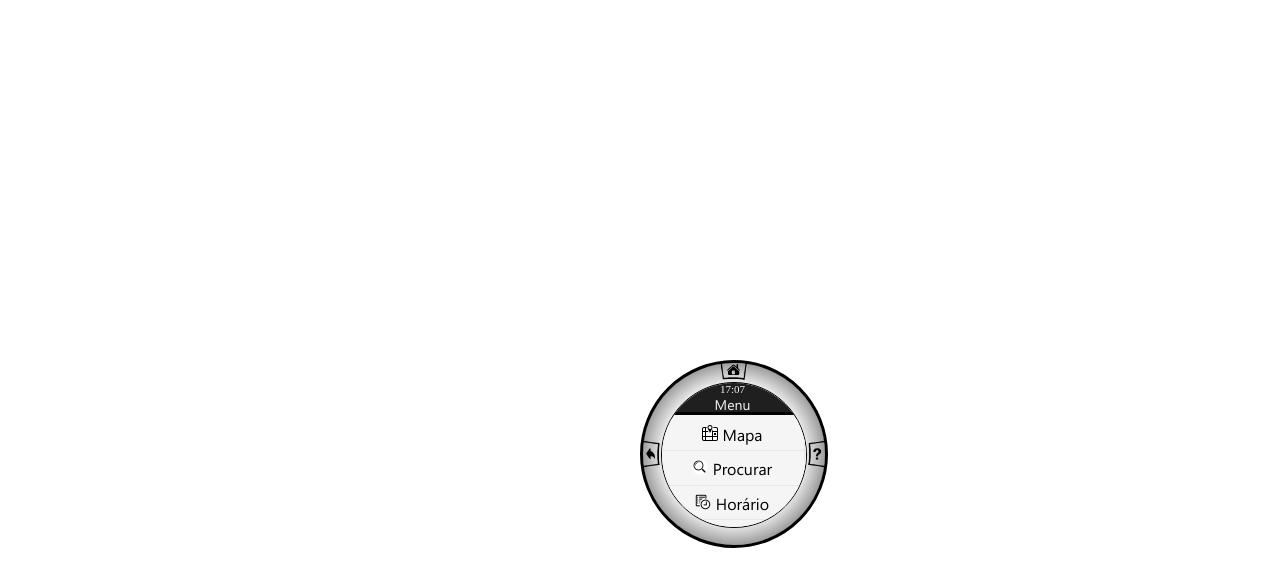
Repository: ric20007/ric20007.github.io
Page: iRave.html
The author's editor kept a record of every edit. The page is drawn from the files as they stood at one moment, then again after the next edit.
The browser window is 1280 px wide. The pictures show the whole page.

Above is the page before.

### iRave.html
<!DOCTYPE html>
<html>
    <head>
        <title>IPM14/15 - iRAVE grupo 56</title>
        <meta charset="UTF-8">
        <link rel="stylesheet" href="iRave.css" type="text/css" />
        <!--<script src="jquery-1.11.2.js" ></script> -->
        <!--<script src="//code.jquery.com/jquery-1.11.2.min.js"></script> -->
        <script src="jquery.min.js"></script>
        <script src="jquery-migrate-1.2.1.min.js"></script>
        <script src="jquery-ui.js"></script>



        <script src='swipe.js'></script>

        <script src='iRave.js'></script>

    </head>
    <body>
         <!--
        <div style='text-align:center;padding-top:20px;'>

            <button onclick='prev()'>prev</button>
            <button onclick='next()'>next</button>

        </div>


       <a href="#" id="activities">Activities</a>
       <a href="#"  onclick="mySwipe.next();return false;" >Esconder Fotos</a> -->



        <div id='botoes'>

            <div id='moldura'>


                <div id='barra_horas'>
                    <div id='horas'>
                        <div id='display_horas'></div>
                    </div>


                    <div id='titulo_menu' style='font-size: 14px'>
                        Menu
                    </div>


                </div>

                <div id='body'>

                    <div id='slider' style='max-width:500px;margin:0 auto' class='swipe'>
                    <div class='swipe-wrap'>


                        <div id='menu' class="draggable ui-widget-content">

                            <div class='menu_entrada' style='padding-top: 12px'>
                                <img src="img/map-2.png" class="imgEntrada">
                                Mapa
                            </div>
                            <div class='menu_entrada'>
                                <img src="img/active-search.png" class="imgEntrada" >
                                Procurar
                            </div>

                            <div class='menu_entrada'>
                                <img src="img/Agenda.png" class="imgEntrada">
                                Horário
                            </div>

                            <a href="#"  onclick="next();return false;" >
                            <div class='menu_entrada'>

                                <img src="img/user1.png" class="imgEntrada">
                                 Perfil
                            </div> </a>

                            <div class='menu_entrada'>
                                <img src="img/hands-free.png" class="imgEntrada">
                                Mãos Livres
                            </div>
                        </div>


                        <div id='menu' class="draggable ui-widget-content">

                            <a href="#"  onclick=goToSix();return false;" >
                                <div class='perfil_entrada' style='padding-top: 12px'>
                                    <img src="img/multy-user.png" class="imgEntrada" align="center" >
                                    Lista de Amigos
                                </div>
                             </a>

                            <a href="#"  onclick="next();return false;" >
                                <div class='perfil_entrada'>
                                    <img src="img/add-user.png" class="imgEntrada" align="center" >
                                    Adicionar Amigo
                                </div>
                            </a>

                            <div class='perfil_entrada'>
                                <img src="img/Agenda.png" class="imgEntrada" align="center">
                                Histórico de Transações
                            </div>


                            <div class='perfil_entrada'>

                                <img src="img/euro_1.png" class="imgEntrada" align="center">
                                 Adicionar Saldo
                            </div>

                        </div>


                        <div class='text_add_amigos'>
                                Toque no iRave na mão do seu amigo.
                          </div>

                        <div class='joao_add_amigos'>
                                João detectado.
                                <p>Quer adicioná-lo ?</p>

                                <a href="#"  onclick="adicionarJoao();next();return false;" >

                                    <img src="img/check.png" class="imgEntrada">
                                     Sim
                                </a>


                                <a href="#"  onclick="prev();return false;" >

                                    <img src="img/cross.png" class="imgEntrada">
                                     Não
                                </a>
                          </div>


                          <div class='joao_add_amigos'>
                                O João foi adicionado com sucesso.
                               <p></p>
                                <a href="#"  onclick=" mySwipe.slide(1, 300);return false;" >

                                    <img src="img/user1.png" class="imgEntrada">
                                     OK
                                </a>


                          </div>






                        <div>

                            <div id='lista_joao'> </div>


                            <div class='joao_add_amigos' style="left:-5px;position: relative;  bottom: 0; ">
                                Adicionar amigos ?
                                <a href="#"  onclick=" goToSlide(2);return false;" >

                                    <img src="img/user1.png" class="imgEntrada">
                                     OK
                                </a>


                            </div>



                        </div>

                        <div><b>5</b></div>
                        <div><b>6</b></div>
                        <div><b>7</b></div>

                      </div>
                    </div>





                </div>

            </div>

        </div>
    </body>
</html>

### iRave.css
.swipe {
  overflow: hidden;
  visibility: hidden;
  position: relative;
}
.swipe-wrap {
  overflow: hidden;
  position: relative;
}
.swipe-wrap > div {
  float:left;
  width:100%;
  position: relative;
}

.imgEntrada
{
	height:16px;
	width:16px;
}

.imgTitulo
{
	height:16px;
	width:16px;
	text-align: center;
	margin-top: -5px;
}


* {
    cursor: url(cursor.png), auto;
}

a {
    color: #000000;
    text-decoration: none;
}

#botoes {
    z-index:998;
    height: 1.9in;
    width: 1.9in;
    border: 3px solid black;
    border-radius: 50%;
    position: absolute;
    top: 50%;
    left: 50%;

    background-image: url("background_test.png");

    background-size: 1.9in 1.9in;
     /*

      background-color: #f5f5f5;
      background-repeat: no-repeat;
    background-position: middle top;


    */
}


/* centrar

 position: fixed;
    //padding: 2em;
    left: 50%;
    top: 50%;
    transform: translate(-50%, -50%);

*/


#bot_back {

    height: 50px;
    width: 25px;
    background-color:#d70;

    position: fixed;
    //padding: 2em;
    //left: 50%;
    top: 50%;
    transform: translate(0%, -50%);

    z-index:1000;

}
#bot_ajuda {

    height: 25px;
    width: 40px;
    background-color:#d70;

    position: fixed;
    //padding: 2em;
    left:50%;
    top: 50%;
    transform: translate(-50%, -400%);

    z-index:1000;

}
#bot_menu {

    height: 50px;
    width: 25px;
    background-color:#d70;

    position: fixed;
    //padding: 2em;
    left:50%;
    top: 50%;
    transform: translate(300%, -50%);

    z-index:1000;

}







#moldura {
    z-index:999;
    height:1.5in;
    width:1.5in;
    border: 1px solid black;
    border-radius: 50%;
    position: relative;
    top: 10.15%;
    left: 10.12%;
    overflow: hidden;
    background-color: #f5f5f5;
}

#barra_horas {
    z-index:998;
    border: 3px solid black;
    //width:1.5in;
    height:0.307in;
    position: relative;
    top:-3px;
    left:-2px;
    background-color: #1f1f1f;
    color: black;
}

#horas {
    position: relative;
    text-align: center;
    font-size:11px;
    color:#f5f5f5;
}

#titulo_menu {
  padding-top:2px;
    text-align: center;
    font-size:13px;
    font-family: 'khmerui';
    color:#f5f5f5;
}


#menu {
    margin-top: -5px;
    width: 1.6in;
    height: 10in;
}

#body {
    background-color: #f5f5f5;
}

.menu_entrada {
    text-align: center;
    border: 1px solid #e8e8e8;
    border-top: none;
    border-left: none;
    border-right: none;
    position: relative;
    width: 1.35in;
    height: 0.18in;
    padding: 8px;
    left: -3px;
    font-family: 'khmerui';
}

.perfil_entrada {
    text-align: center;
    border: 1px solid #e8e8e8;
    border-top: none;
    border-left: none;
    border-right: none;
    position: relative;
    width: 1.35in;
    height: 0.18in;
    padding: 8px;
    left: -3px;
    font-family: 'khmerui';

    font-size: 11px;

}


.highlighted {

    font-size: 14px;
    font-weight: bold;
    border-left: none;
    border-right: none;
    background-color:#ccc;
}

.text_add_amigos{
     text-align: center;

     font-size:15px;

      border-top: 1px solid #e8e8e8;
    border-left: 1px solid #e8e8e8;
    font-family: 'khmerui';

     padding-top:1.3em;


}




.joao_add_amigos{
     text-align: center;

     font-size:15px;

      border-top: 1px solid #e8e8e8;
    border-left: 1px solid #e8e8e8;
    font-family: 'khmerui';

     padding-top:0.5em;


}





#menu ul {
    font-size: 15px;
}

#menu ul li {
    border: 1px solid black;
    border-left: 10px;
    font-size: 15px;
}

@font-face {
  font-family: 'khmerui';
  src: url('KhmerUI.ttf') format('truetype');
}

### iRave.js
var isDragging = false;

$(document).ready(function() {

   var elem = document.getElementById('slider');
    window.mySwipe = new Swipe(elem, {});

    //$("#activities").click(function(){
    //    $("#body").load("activities.html");
    //    $('div img').draggable();
    //});


   //ajuda a nao clicar quando se faz drag
   $('.draggable').draggable({
        stop: function(event, ui) {
            $( event.toElement ).one('click', function(e){ e.stopImmediatePropagation(); } );
        }
    });

    $('.menu_entrada').click(function() {
        $(this).addClass('highlighted');
        setTimeout(function() {
              $('.menu_entrada').removeClass('highlighted');
          }, 200);
    });

    $('.perfil_entrada').click(function() {
        $(this).addClass('highlighted');

        setTimeout(function() {
              $('.perfil_entrada').removeClass('highlighted');
          }, 200);
    });

    $('.joao_add_amigos').click(function() {
        $(this).addClass('highlighted');

        setTimeout(function() {
              $('.joao_add_amigos').removeClass('highlighted');
          }, 200);
    });





    var menu_offset = $('#menu').offset();


    var altura_entrada_menu = $(".menu_entrada").height();

    //alert(altura_entrada_menu);

                                         //so funciona num ecra
    var menu_offset_top1 = menu_offset.top - (5.65 * altura_entrada_menu);

    var menu_offset_top2 = menu_offset.top;

    $('.draggable').draggable({axis: "y", containment: [0, menu_offset_top1, 0, menu_offset_top2]});

//funcao que mostra o tempo

    function checkTime(i) {
        return (i < 10) ? "0" + i : i;
    }

    function startTime() {
        var today = new Date(),
            h = checkTime(today.getHours()),
            m = checkTime(today.getMinutes()),
            s = checkTime(today.getSeconds());
        document.getElementById('horas').innerHTML = h + ":" + m;
        var t = setTimeout(function () {
            startTime();
        }, 500);
    }
    startTime();



});



var nome = ["Menu", "<img src='img/user1.png' class='imgTitulo' align='center'> Perfil",
            "<img src='img/add-user.png' class='imgEntrada' align='center' > Add. Amigos",
            "<img src='img/add-user.png' class='imgEntrada' align='center' > Add. Amigos",
            "<img src='img/add-user.png' class='imgEntrada' align='center' > Add. Amigos",
            "<img src='img/multy-user.png' class='imgEntrada' align='center' > Lista Amigos"];

var current_i = 0;
var previous_i = 0;

var joao_added = 0;
function mudarNome(i) {
        $("#titulo_menu").html(nome[i]);
}

function prev() {
    if (previous_i == -1){

        current_i = 1;
        mudarNome(current_i);
        mySwipe.slide(current_i, 300);

        previous_i = 0;
    }


    else if(current_i !== 0){
        current_i = current_i -1;
        mudarNome(current_i);
    mySwipe.prev();
    }

}

function next() {
    //if(!wasDragging){
       if(current_i < nome.length -1) {
           current_i = current_i +1;
           mudarNome(current_i);
         mySwipe.next();
       }
    //}
}

function goToSlide(i) {
    if(i >= 0 && i < nome.length -1 ){
        current_i = i;
         mudarNome(current_i);
    mySwipe.slide(i, 300);
    }

}

function goToSix() {
    current_i = 5;
    mudarNome(current_i);
    mySwipe.slide(current_i, 300);
    previous_i = -1;

    if (joao_added === 1)
        $("#lista_joao").html("<p style=\"text-align:center\" >João" );
    else
        $("#lista_joao").html("<p style=\"text-align:center\" >Não tem amigos" );



}


function adicionarJoao() {
    joao_added = 1;

}

function removerJoao() {
    joao_added = 0;

}




$(document).keydown(function(e){
    switch(e.keyCode) {
        case 40:
            break;
        case 38:
            goToSlide(0);
            break;
        case 39:
            next();
            break;
        case 37:
            prev();
            break;
    }
});

Loaded but not shown: jquery.min.js (library); jquery-migrate-1.2.1.min.js (library); jquery-ui.js (library); swipe.js (570 lines, source omitted)

After the next edit:
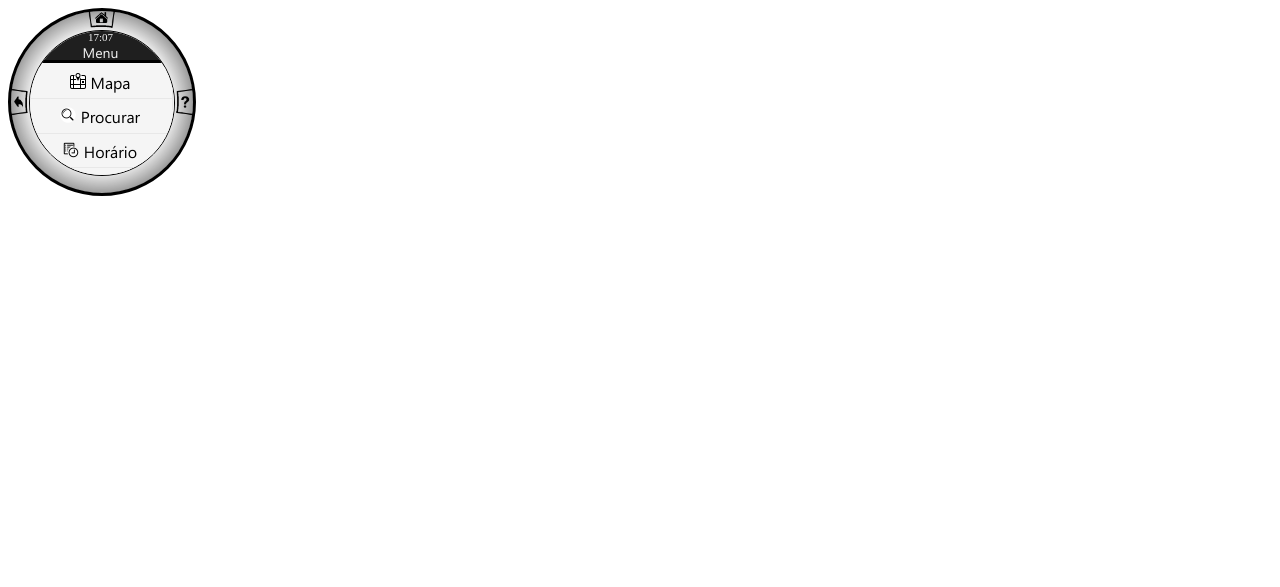
The edit:
--- a/iRave.css
+++ b/iRave.css
@@ -44,8 +44,7 @@
     border: 3px solid black;
     border-radius: 50%;
     position: absolute;
-    top: 50%;
-    left: 50%;
+
 
     background-image: url("background_test.png");
 
